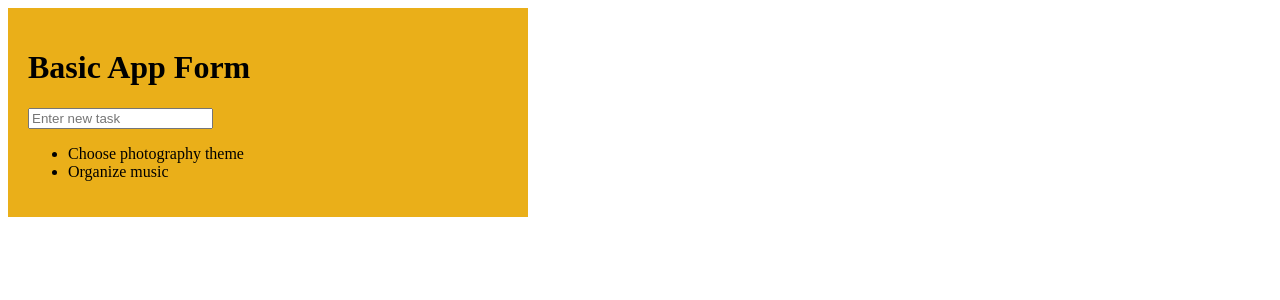
Repository: Kayla-amr/dgm_3760
Page: todoTemplate-W2/index.html
An editor plug-in stored every save of this project. The page is shown before and after a run of saves, followed by the edit.
The browser window is 1280 px wide. The pictures show the whole page.

Above is the page before, as saved 2022-10-17 10:51:59.

After the next 9 saves:
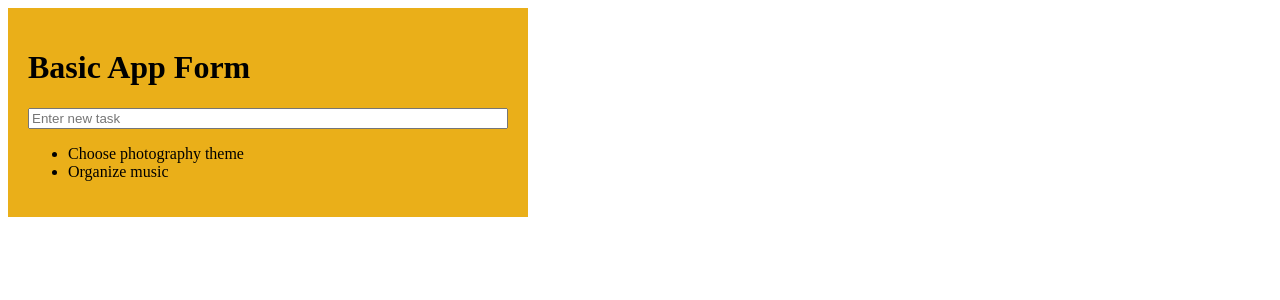
The 9 saves are shown as one change because they came seconds apart.
The last was saved 22 s later.
--- a/todoTemplate-W2/styles.css
+++ b/todoTemplate-W2/styles.css
@@ -1,5 +1,8 @@
 .taskForm{
     background-color: #eaaf19;
+    padding: 20px;
     width: 30rem;
-    padding: 20px;
+    display: flex;
+    flex-direction: column;
+
 }
